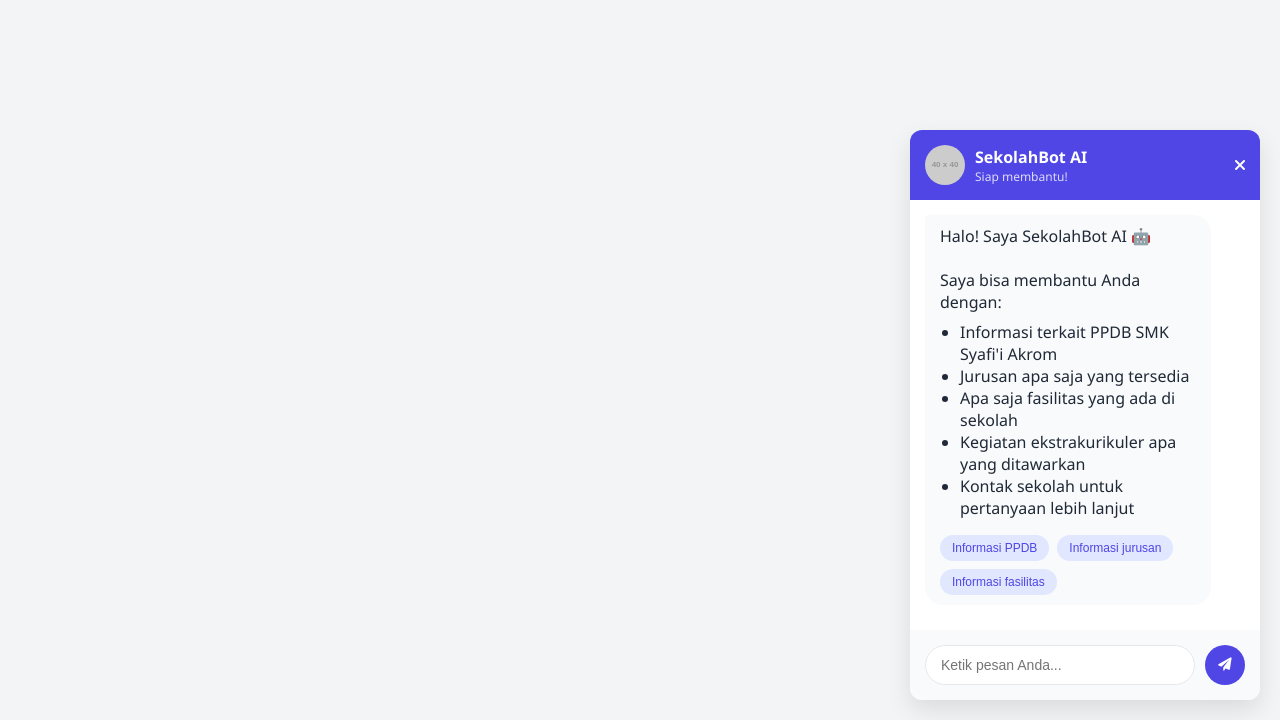
Repository: mufti-1448/Chat-Bot
Page: frontend/public/index.html
The author's editor kept a copy of each file at every save. The page is drawn from the files as they stood at one save, then again after the next save.
The browser window is 1280 px wide. The pictures show the whole page.

Above is the page before, as saved 2025-08-24 12:31:12.

### frontend/public/index.html
<!DOCTYPE html>
<html lang="id">

<head>
    <meta charset="UTF-8">
    <meta name="viewport" content="width=device-width, initial-scale=1.0">
    <title>ROBO SA - Chatbot SMK Syafi'i Akrom</title>
    <link rel="stylesheet" href="https://cdnjs.cloudflare.com/ajax/libs/font-awesome/6.0.0-beta3/css/all.min.css">
    <style>
        :root {
            --primary-color: #4f46e5;
            --secondary-color: #f9fafb;
            --text-color: #1f2937;
        }

        body {
            font-family: 'Segoe UI', Tahoma, Geneva, Verdana, sans-serif;
            margin: 0;
            padding: 0;
            background-color: #f3f4f6;
        }

        .chat-container {
            position: fixed;
            bottom: 20px;
            right: 20px;
            width: 350px;
            border-radius: 12px;
            overflow: hidden;
            box-shadow: 0 10px 25px rgba(0, 0, 0, 0.1);
            transform: translateY(20px);
            opacity: 0;
            transition: all 0.3s ease;
            z-index: 1000;
        }

        .chat-container.active {
            transform: translateY(0);
            opacity: 1;
        }

        .chat-header {
            background-color: var(--primary-color);
            color: white;
            padding: 15px;
            display: flex;
            justify-content: space-between;
            align-items: center;
            cursor: pointer;
        }

        .chat-body {
            background-color: white;
            height: 400px;
            overflow-y: auto;
            padding: 15px;
            display: flex;
            flex-direction: column;
            gap: 12px;
        }

        .chat-footer {
            background-color: var(--secondary-color);
            padding: 15px;
            display: flex;
            gap: 10px;
        }

        .chat-input {
            flex: 1;
            padding: 10px 15px;
            border: 1px solid #e5e7eb;
            border-radius: 20px;
            outline: none;
            font-size: 14px;
        }

        .send-btn {
            background-color: var(--primary-color);
            color: white;
            border: none;
            width: 40px;
            height: 40px;
            border-radius: 50%;
            cursor: pointer;
            display: flex;
            justify-content: center;
            align-items: center;
        }

        .message {
            max-width: 80%;
            padding: 10px 15px;
            border-radius: 18px;
            position: relative;
            animation: fadeIn 0.3s ease-out;
        }

        .user-message {
            align-self: flex-end;
            background-color: var(--primary-color);
            color: white;
            border-top-right-radius: 4px;
        }

        .bot-message {
            align-self: flex-start;
            background-color: var(--secondary-color);
            color: var(--text-color);
            border-top-left-radius: 4px;
        }

        .quick-replies {
            display: flex;
            flex-wrap: wrap;
            gap: 8px;
            margin-top: 8px;
        }

        .quick-reply-btn {
            background-color: #e0e7ff;
            color: var(--primary-color);
            border: none;
            padding: 6px 12px;
            border-radius: 16px;
            font-size: 12px;
            cursor: pointer;
            transition: background-color 0.2s;
        }

        .quick-reply-btn:hover {
            background-color: #c7d2fe;
        }

        .typing-indicator {
            display: flex;
            gap: 4px;
            padding: 10px 15px;
            background-color: var(--secondary-color);
            border-radius: 18px;
            align-self: flex-start;
        }

        .typing-dot {
            width: 8px;
            height: 8px;
            background-color: var(--primary-color);
            border-radius: 50%;
            opacity: 0.6;
            animation: dotPulse 1s infinite;
        }

        .chat-toggle {
            position: fixed;
            bottom: 30px;
            right: 30px;
            background-color: var(--primary-color);
            color: white;
            width: 60px;
            height: 60px;
            border-radius: 50%;
            display: flex;
            justify-content: center;
            align-items: center;
            cursor: pointer;
            box-shadow: 0 4px 12px rgba(0, 0, 0, 0.15);
            z-index: 999;
        }

        @keyframes fadeIn {
            from {
                opacity: 0;
                transform: translateY(10px);
            }

            to {
                opacity: 1;
                transform: translateY(0);
            }
        }

        @keyframes dotPulse {

            0%,
            100% {
                transform: translateY(0);
                opacity: 0.6;
            }

            50% {
                transform: translateY(-4px);
                opacity: 1;
            }
        }
    </style>
</head>

<body>
    <div class="chat-toggle" id="chatToggle">
        <i class="fas fa-comment-dots" style="font-size: 24px;"></i>
    </div>

    <div class="chat-container" id="chatContainer">
        <div class="chat-header" id="chatHeader">
            <div style="display: flex; align-items: center; gap: 10px;">
                <img src="https://placehold.co/40x40" alt="ROBO SA"
                    style="width: 40px; height: 40px; border-radius: 50%;">
                <div>
                    <div style="font-weight: 600;">SekolahBot AI</div>
                    <div style="font-size: 12px; opacity: 0.8;">Siap membantu!</div>
                </div>
            </div>
            <i class="fas fa-times" id="closeChat" style="cursor: pointer;"></i>
        </div>

        <div class="chat-body" id="chatBody">
            <!-- Initial message -->
            <div class="message bot-message">
                Halo! Saya SekolahBot AI 🤖<br><br>
                Saya bisa membantu Anda dengan:
                <ul style="margin-top: 8px; padding-left: 20px;">
                    <li>Informasi terkait PPDB SMK Syafi'i Akrom</li>
                    <li>Jurusan apa saja yang tersedia</li>
                    <li>Apa saja fasilitas yang ada di sekolah</li>
                    <li>Kegiatan ekstrakurikuler apa yang ditawarkan</li>
                    <li>Kontak sekolah untuk pertanyaan lebih lanjut</li>
                </ul>
                <div class="quick-replies">
                    <button class="quick-reply-btn">Informasi PPDB</button>
                    <button class="quick-reply-btn">Informasi jurusan</button>
                    <button class="quick-reply-btn">Informasi fasilitas</button>
                </div>
            </div>
        </div>

        <div class="chat-footer">
            <input type="text" class="chat-input" id="userInput" placeholder="Ketik pesan Anda...">
            <button class="send-btn" id="sendButton">
                <i class="fas fa-paper-plane"></i>
            </button>
        </div>
    </div>

    <script>
        document.addEventListener('DOMContentLoaded', function () {
            const chatToggle = document.getElementById('chatToggle');
            const chatContainer = document.getElementById('chatContainer');
            const closeChat = document.getElementById('closeChat');
            const chatHeader = document.getElementById('chatHeader');
            const chatBody = document.getElementById('chatBody');
            const userInput = document.getElementById('userInput');
            const sendButton = document.getElementById('sendButton');

            // API Configuration - ✅ DIPERBAIKI
            const API_BASE = "http://localhost:3000";

            // Show chat container
            setTimeout(() => {
                chatContainer.classList.add('active');
            }, 1000);

            // Toggle chat
            chatToggle.addEventListener('click', () => {
                chatContainer.classList.toggle('active');
            });

            // Close chat
            closeChat.addEventListener('click', (e) => {
                e.stopPropagation();
                chatContainer.classList.remove('active');
            });

            // Header click also toggles
            chatHeader.addEventListener('click', () => {
                chatContainer.classList.toggle('active');
            });

            // Send message function - ✅ DIPERBAIKI
            async function sendMessage() {
                const message = userInput.value.trim();
                if (!message) return;

                // Add user message to chat
                addMessage(message, 'user');
                userInput.value = '';

                // Show typing indicator
                showTypingIndicator();

                try {
                    // ✅ DIPERBAIKI: Gunakan API_BASE yang benar
                    const response = await fetch(`${API_BASE}/api/ask`, {
                        method: 'POST',
                        headers: {
                            'Content-Type': 'application/json',
                        },
                        body: JSON.stringify({
                            question: message
                        })
                    });

                    if (!response.ok) {
                        throw new Error(`HTTP error! status: ${response.status}`);
                    }

                    const data = await response.json();

                    // Tambahkan jawaban dari backend dengan quick replies jika ada
                    addMessage(data.answer, 'bot', data.quickReplies || []);

                } catch (error) {
                    console.error('Error:', error);
                    addMessage('Maaf, terjadi kesalahan. Silakan coba lagi.', 'bot');
                }
            }

            // Add message to chat dengan quick replies
            function addMessage(text, sender, quickReplies = []) {
                // Remove typing indicator if present
                const existingTyping = chatBody.querySelector('.typing-indicator');
                if (existingTyping) {
                    chatBody.removeChild(existingTyping);
                }

                const messageDiv = document.createElement('div');
                messageDiv.className = `message ${sender}-message`;
                messageDiv.innerHTML = text.replace(/\n/g, '<br>');

                // Add quick replies jika provided
                if (quickReplies && quickReplies.length > 0) {
                    const quickRepliesDiv = document.createElement('div');
                    quickRepliesDiv.className = 'quick-replies';

                    quickReplies.forEach(reply => {
                        const btn = document.createElement('button');
                        btn.className = 'quick-reply-btn';
                        btn.textContent = reply;
                        btn.addEventListener('click', () => {
                            addMessage(reply, 'user');
                            showTypingIndicator();

                            // Kirim quick reply ke backend setelah delay
                            setTimeout(() => {
                                sendQuickReply(reply);
                            }, 300);
                        });
                        quickRepliesDiv.appendChild(btn);
                    });

                    messageDiv.appendChild(quickRepliesDiv);
                }

                chatBody.appendChild(messageDiv);
                chatBody.scrollTop = chatBody.scrollHeight;
            }

            // Function untuk mengirim quick reply - ✅ DIPERBAIKI
            async function sendQuickReply(reply) {
                showTypingIndicator();

                try {
                    // ✅ DIPERBAIKI: Gunakan API_BASE yang benar
                    const response = await fetch(`${API_BASE}/api/ask`, {
                        method: 'POST',
                        headers: {
                            'Content-Type': 'application/json',
                        },
                        body: JSON.stringify({
                            question: reply
                        })
                    });

                    if (!response.ok) {
                        throw new Error(`HTTP error! status: ${response.status}`);
                    }

                    const data = await response.json();
                    addMessage(data.answer, 'bot', data.quickReplies || []);

                } catch (error) {
                    console.error('Error:', error);
                    addMessage('Maaf, terjadi kesalahan.', 'bot');
                }
            }

            // Show typing indicator
            function showTypingIndicator() {
                const typingDiv = document.createElement('div');
                typingDiv.className = 'typing-indicator';

                for (let i = 0; i < 3; i++) {
                    const dot = document.createElement('div');
                    dot.className = 'typing-dot';
                    dot.style.animationDelay = `${i * 0.2}s`;
                    typingDiv.appendChild(dot);
                }

                chatBody.appendChild(typingDiv);
                chatBody.scrollTop = chatBody.scrollHeight;
            }

            // Event listeners
            sendButton.addEventListener('click', sendMessage);
            userInput.addEventListener('keypress', (e) => {
                if (e.key === 'Enter') sendMessage();
            });

            // Quick reply buttons in initial message
            document.querySelectorAll('.quick-reply-btn').forEach(btn => {
                btn.addEventListener('click', function () {
                    const text = this.textContent;
                    addMessage(text, 'user');
                    sendQuickReply(text);
                });
            });
        });
    </script>
</body>

</html>

After the next save:
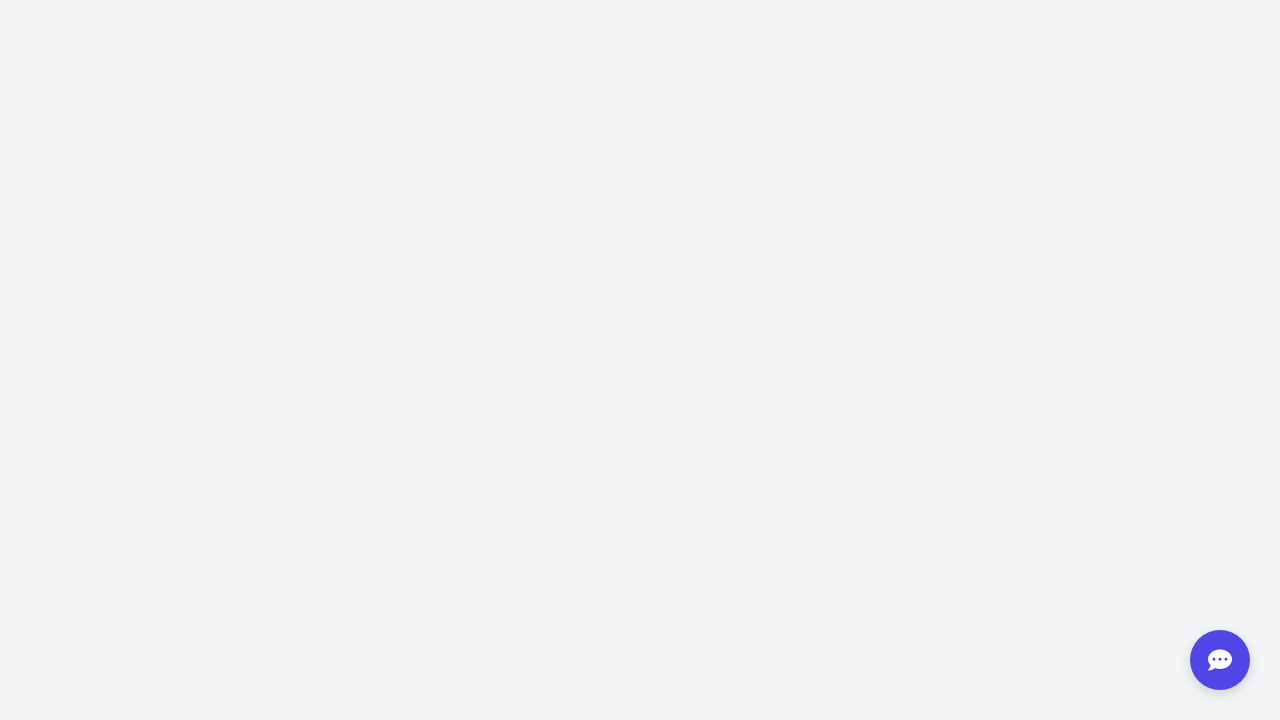
Console error: SyntaxError: Identifier 'API_BASE' has already been declared
Saved 15 min 29 s later.
--- a/frontend/public/index.html
+++ b/frontend/public/index.html
@@ -252,7 +252,8 @@
             const sendButton = document.getElementById('sendButton');
 
             // API Configuration - ✅ DIPERBAIKI
-            const API_BASE = "http://localhost:3000";
+            const API_BASE = "https://chatbot-sekolah-production.up.railway.app";const API_BASE =
+            "http://localhost:3000";
 
             // Show chat container
             setTimeout(() => {

After the 2 saves that followed:
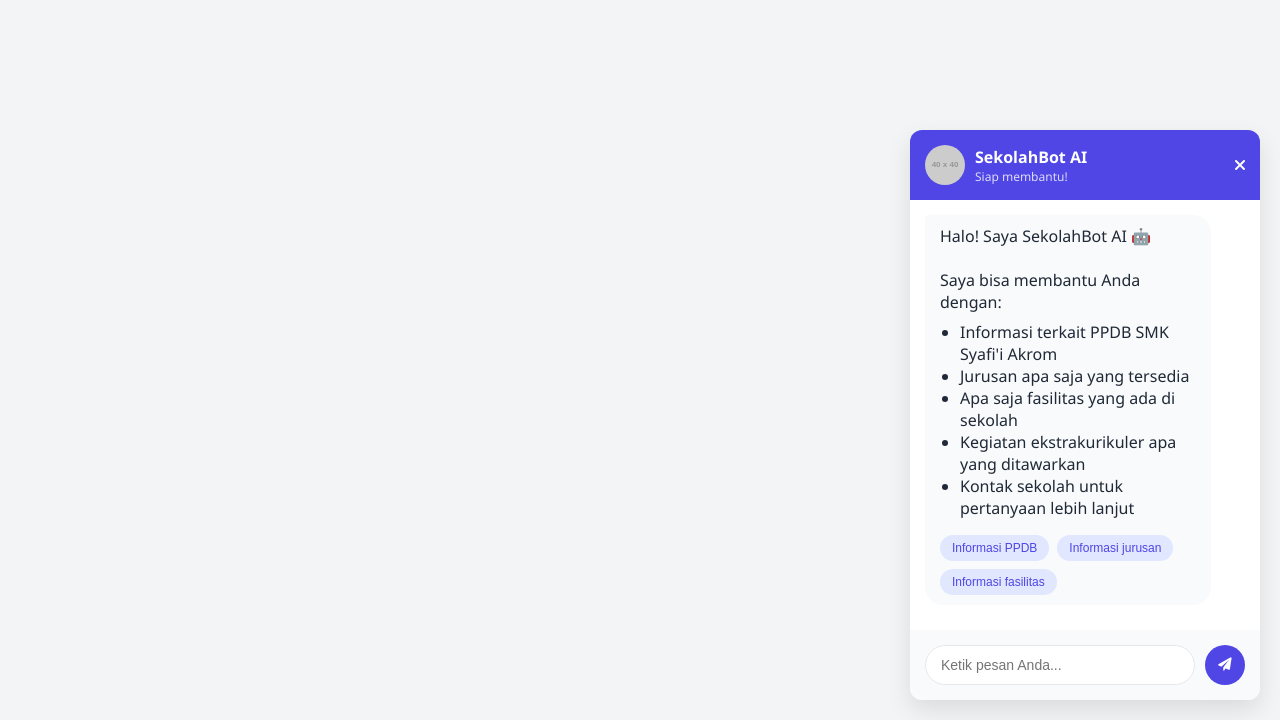
The error is gone.
The 2 saves are shown as one change because they came seconds apart.
The last was saved 8 s later.
--- a/frontend/public/index.html
+++ b/frontend/public/index.html
@@ -252,8 +252,7 @@
             const sendButton = document.getElementById('sendButton');
 
             // API Configuration - ✅ DIPERBAIKI
-            const API_BASE = "https://chatbot-sekolah-production.up.railway.app";const API_BASE =
-            "http://localhost:3000";
+            const API_BASE = "https://chatbot-sekolah-production.up.railway.app";
 
             // Show chat container
             setTimeout(() => {
